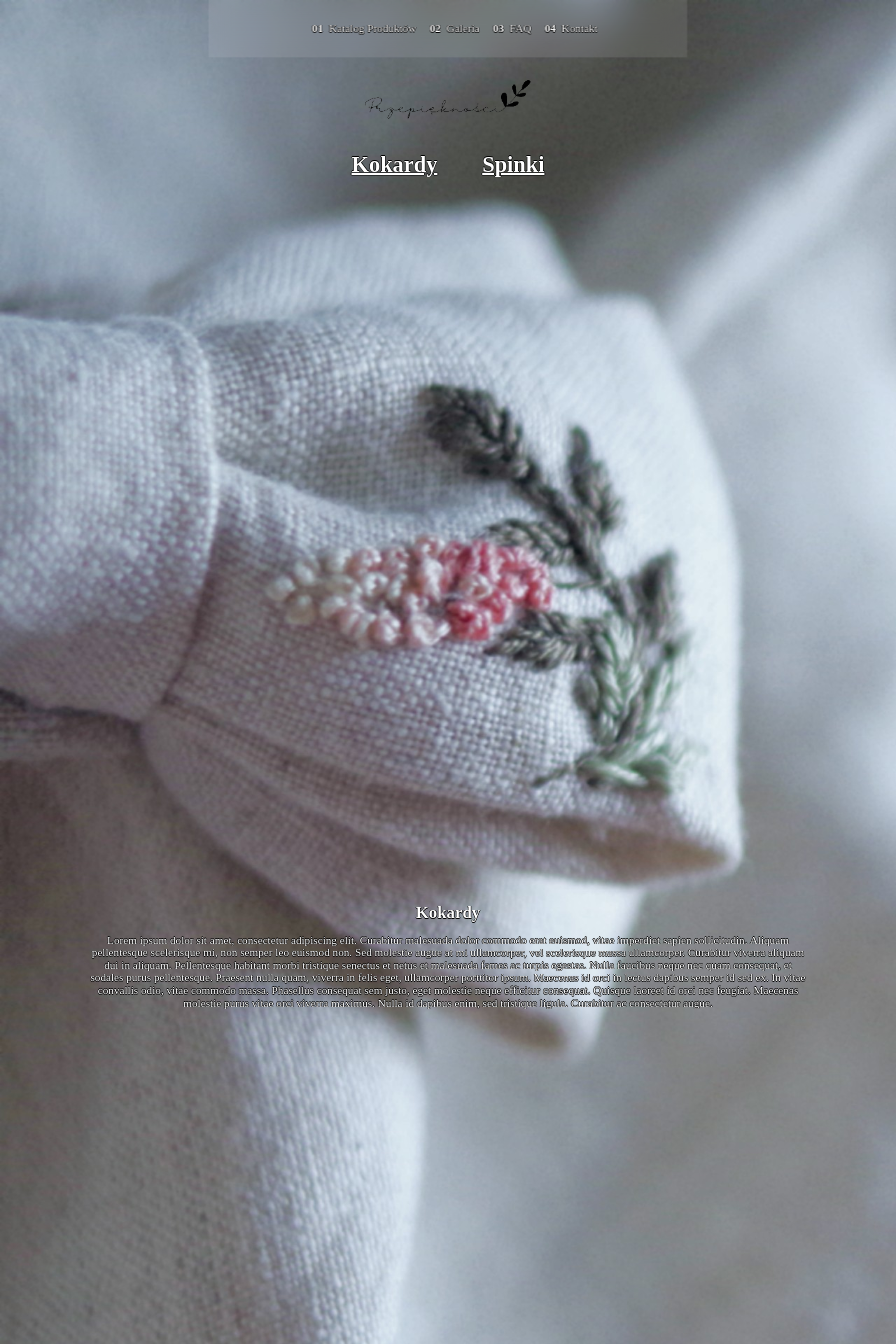
Repository: kowalkos/Rak_projekt
Page: /produkty
These files come from the project's save history. The page is drawn as it stood at one moment and after the next save; the edit follows.
The browser window is 1280 px wide. The pictures show the part of the page from y = 0 to 1920 px (the page is 2641 px tall), at 70% of full size.
The project was rebuilt for these pictures with package versions that can differ from the ones it lists, and the page was loaded fresh each time. Also part of the build but not shown: src/components/galeria/Galeria.js, src/components/main/Main.js, src/components/FAQ/Faq.js, src/components/about/About.js.

Above is the page before, as saved 2022-01-04 19:08:50.

After the next save:
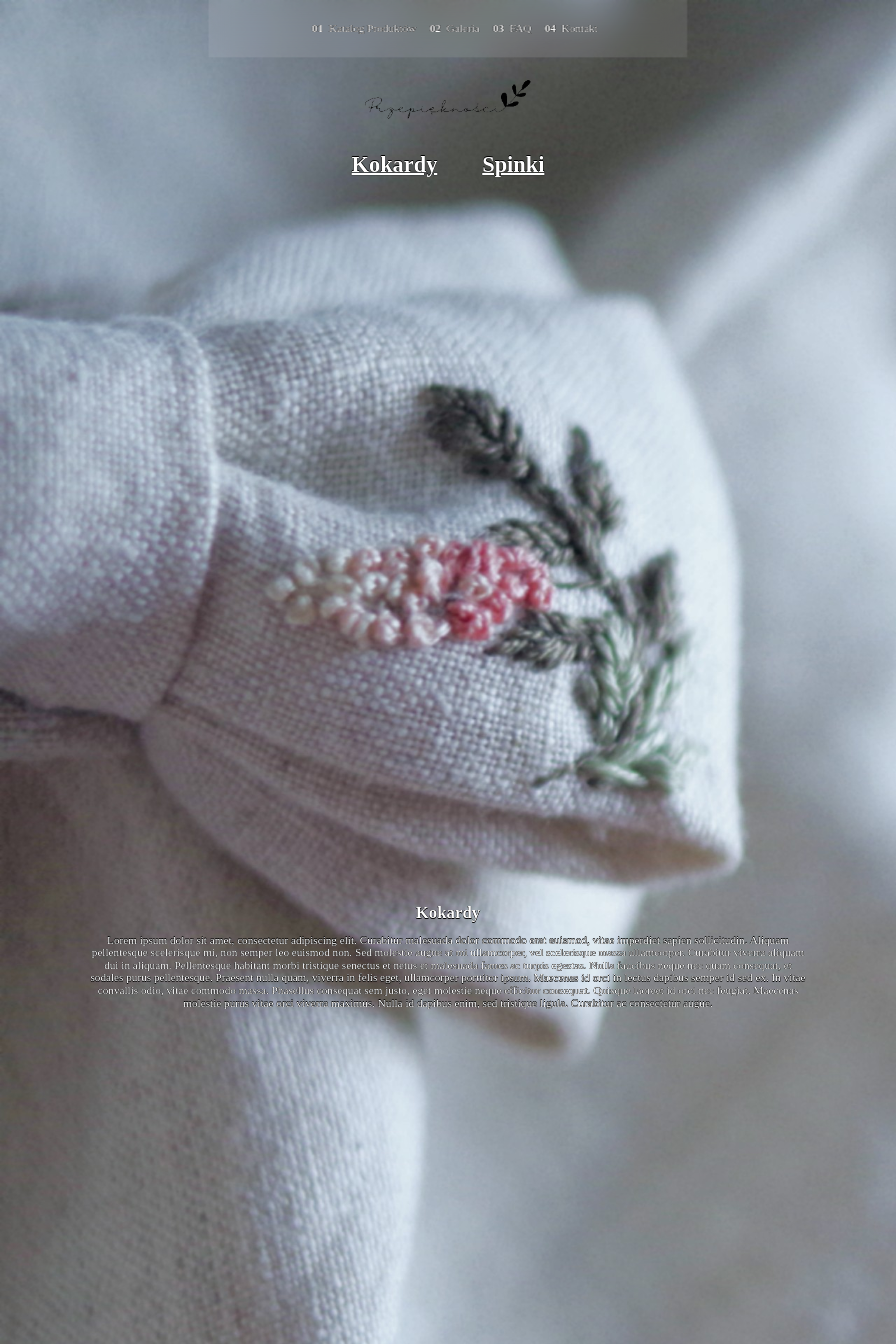
Saved 13 s later.
--- a/src/index.css
+++ b/src/index.css
@@ -3,5 +3,5 @@ margin: 0;
    background-image: url('/src/img/tlo.jpg');
   overflow-x: hidden;
   color: #fff;
-  text-shadow: 0.75px 0 0 #000 , 0 -0.75px 0 #000, 0 0.75px 0 #000, -0.75px 0 0 #000;
+  text-shadow: 0.25px 0 0 #000 , 0 -0.25px 0 #000, 0 0.25px 0 #000, -0.25px 0 0 #000;
 }
